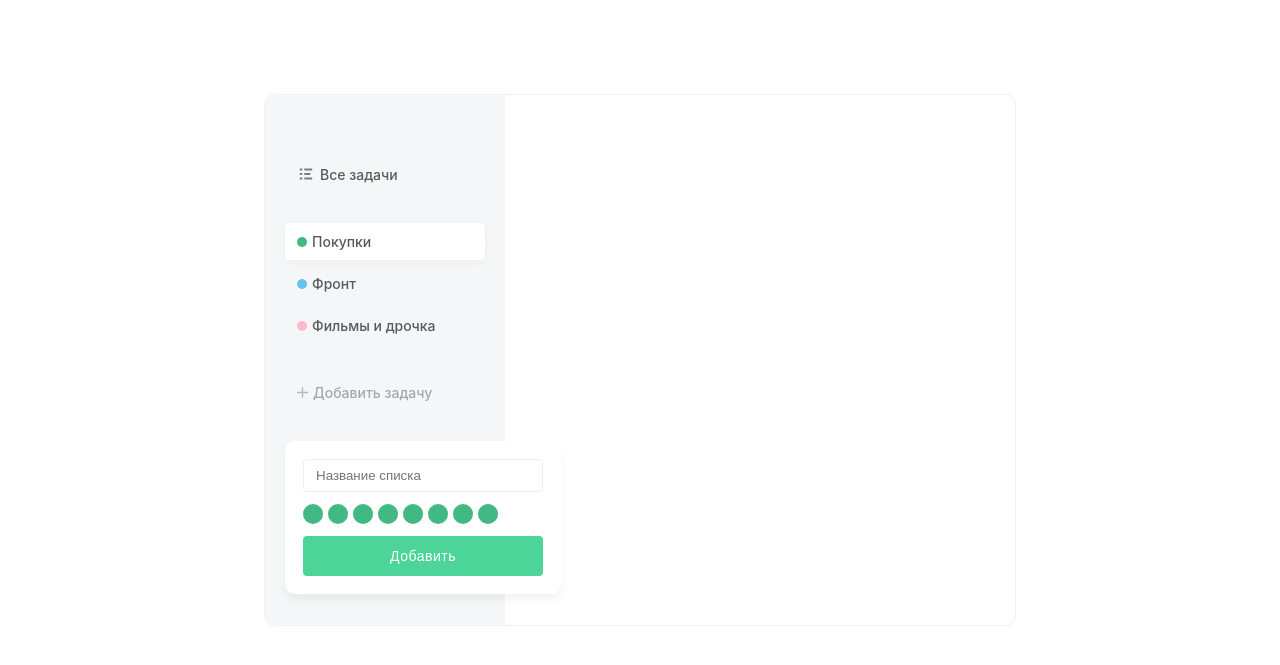
Repository: AzimAzimov/Todo
Page: /
These files come from the project's save history. The page is drawn as it stood at one moment and after a run of saves; the edit follows.
The browser window is 1280 px wide. The pictures show the whole page.
The project was rebuilt for these pictures with package versions that can differ from the ones it lists, and the page was loaded fresh each time.

Above is the page before, as saved 2023-02-19 15:23:22.

After the next 6 saves:
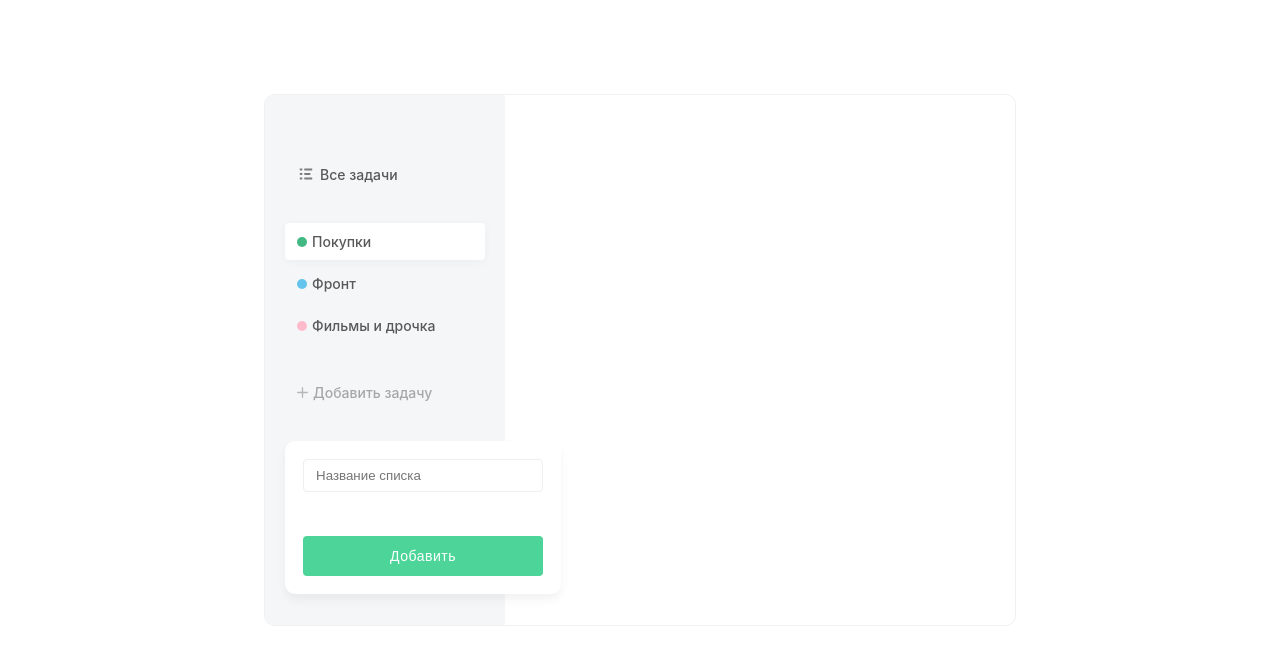
The 6 saves are shown as one change because they came seconds apart.
The last was saved 14 s later.
--- a/src/components/addButtonList/AddButtonList.jsx
+++ b/src/components/addButtonList/AddButtonList.jsx
@@ -32,7 +32,7 @@
 
               {colors.map(color => {
                 return (
-                  <Badge color="green" />
+                  <Badge color={color.color} />
                 )
               })}
             </ul>

After the save that followed:
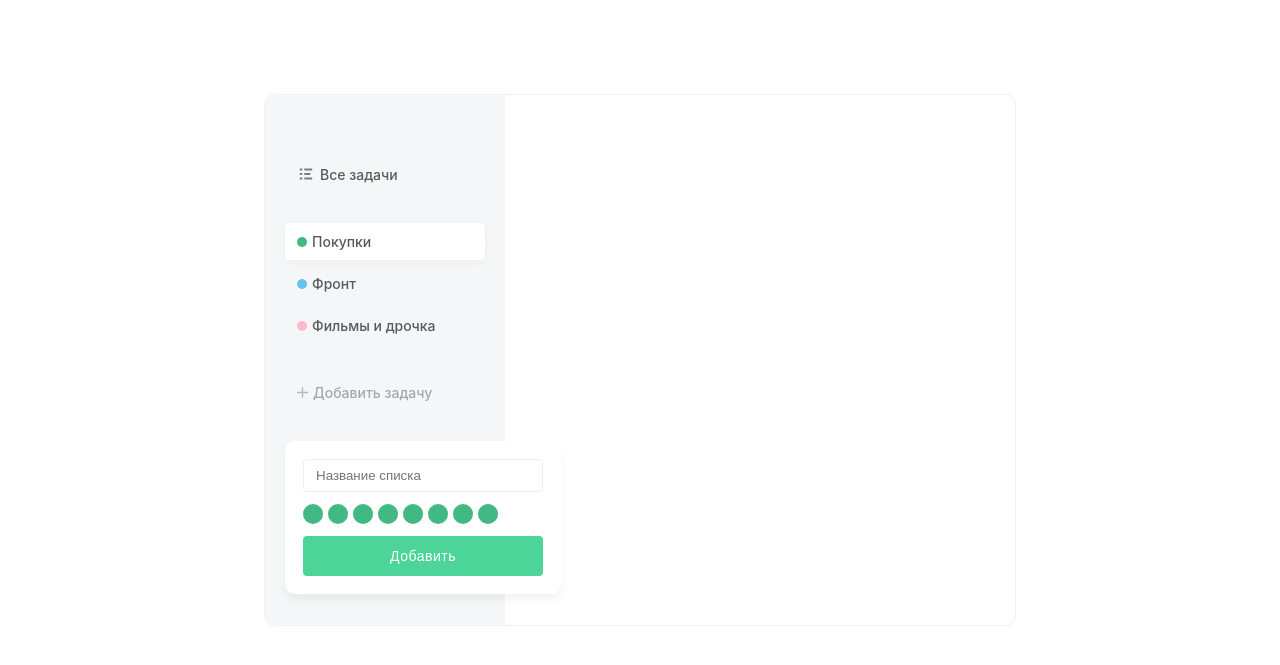
Saved 44 s later.
--- a/src/components/addButtonList/AddButtonList.jsx
+++ b/src/components/addButtonList/AddButtonList.jsx
@@ -32,7 +32,7 @@
 
               {colors.map(color => {
                 return (
-                  <Badge color={color.color} />
+                  <Badge color="green" />
                 )
               })}
             </ul>
